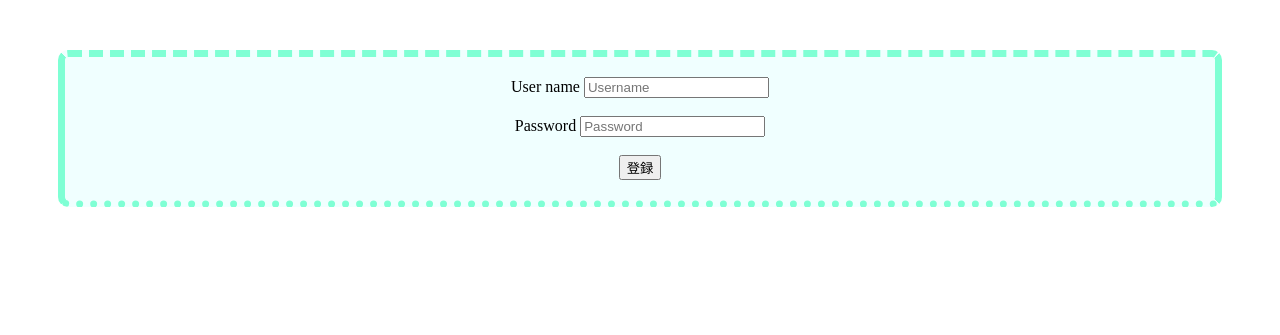
Repository: Jutta197/frontend726
Page: css_ex/login/login.html
An editor plug-in stored every save of this project. The page is shown before and after the next save, followed by the edit.
The browser window is 1280 px wide. The pictures show the whole page.

Above is the page before, as saved 2023-07-31 09:03:52.

After the next save:
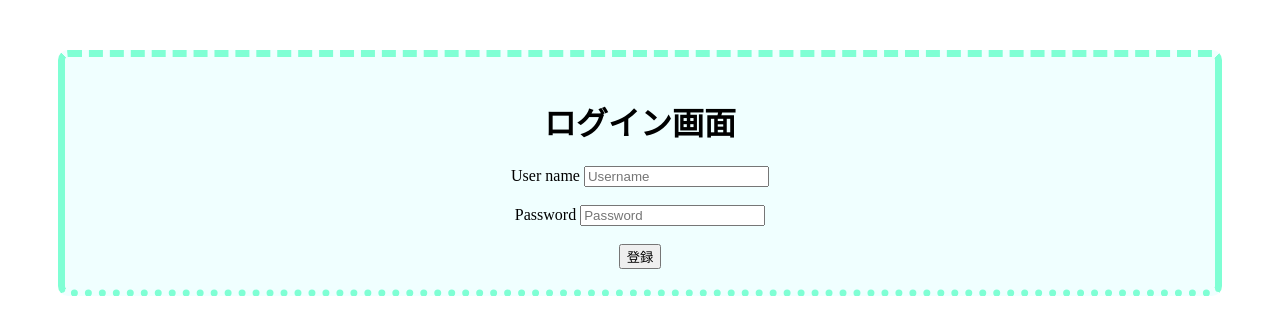
Saved 28 min 22 s later.
--- a/css_ex/login/login.html
+++ b/css_ex/login/login.html
@@ -9,8 +9,9 @@
 </head>
 
 <body>
-    <div>
+    <div class="container">
         <form action="" method="post">
+            <h1>ログイン画面</h1>
             <label for="username">User name</label>
             <input type="text" id="username" name="username" placeholder="Username" required><br><br>
             <label for="password">Password</label>
